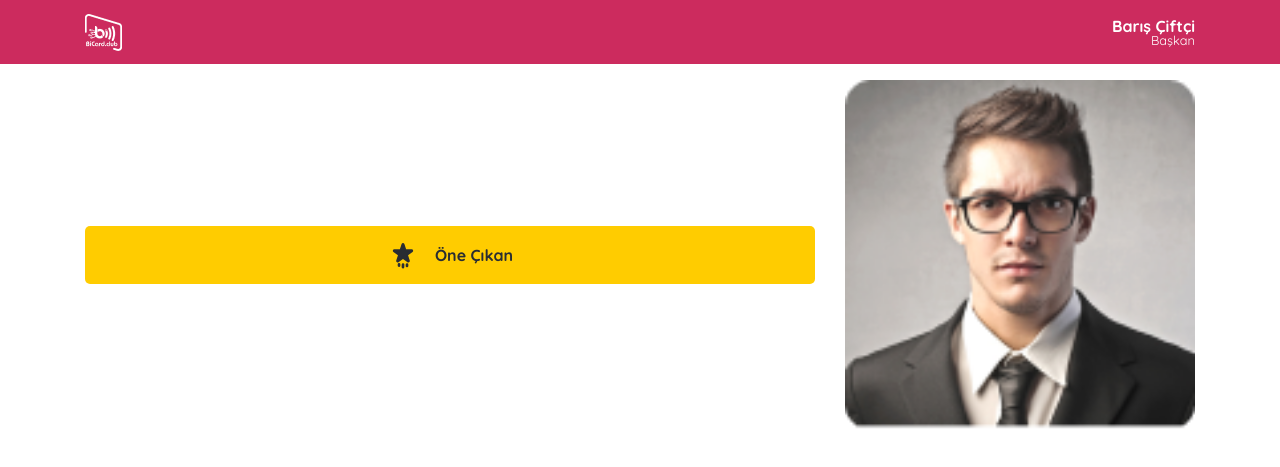
Repository: KayahanKahriman/bicard
Page: index.html
These files come from the project's save history. The page is drawn as it stood at one moment and after the next save; the edit follows.
The browser window is 1280 px wide. The pictures show the whole page.
The style sheet was rebuilt from its Sass, Less or Tailwind sources for each picture, by a compiler version that may differ from the author's.

Above is the page before, as saved 2021-12-01 12:04:17.

After the next save:
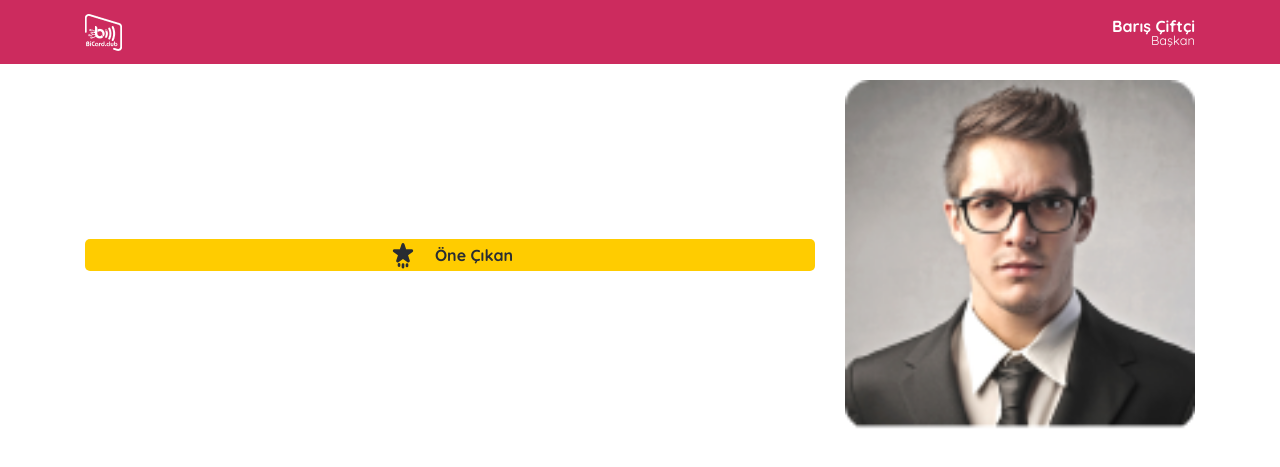
Saved 33 s later.
--- a/assets/scss/_main.scss
+++ b/assets/scss/_main.scss
@@ -48,7 +48,6 @@
 
 .button {
   border-radius: 5px;
-  padding: 0.8em 2em;
   transition: all 0.3s ease-in-out;
 
   &:hover {

After the save that followed:
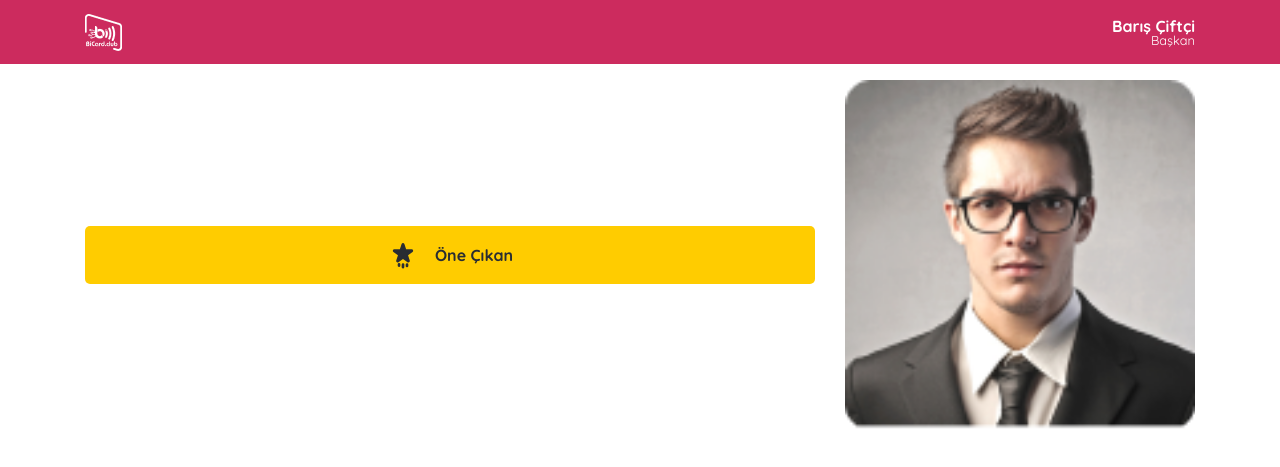
Saved 5 s later.
--- a/assets/scss/_main.scss
+++ b/assets/scss/_main.scss
@@ -48,6 +48,7 @@
 
 .button {
   border-radius: 5px;
+  padding: 0.8em 2em;
   transition: all 0.3s ease-in-out;
 
   &:hover {
